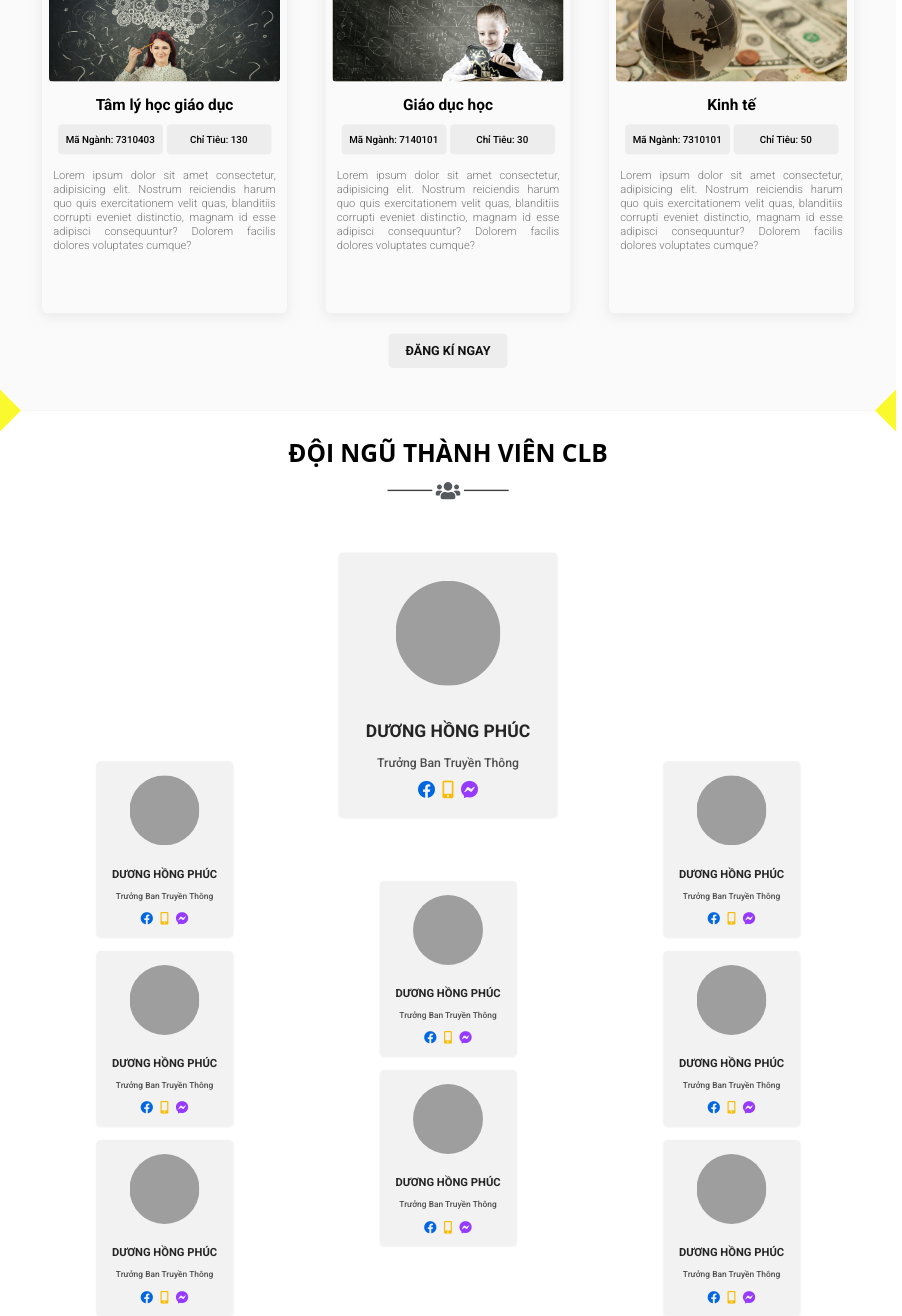
Repository: hongphuck1/trangweb1
Page: index.html
An editor plug-in stored every save of this project. The page is shown before and after the next save, followed by the edit.
The browser window is 1280 px wide. The page is 1288 px wide, so the pictures cover 1288 px, including what lies to the right of the window. The pictures show the part of the page from y = 3341 to 5221 px (the page is 5221 px tall), at 70% of full size.
Pictures or frames that could not be fetched are drawn as grey boxes.

Above is the page before, as saved 2021-09-07 19:06:32.

After the next save:
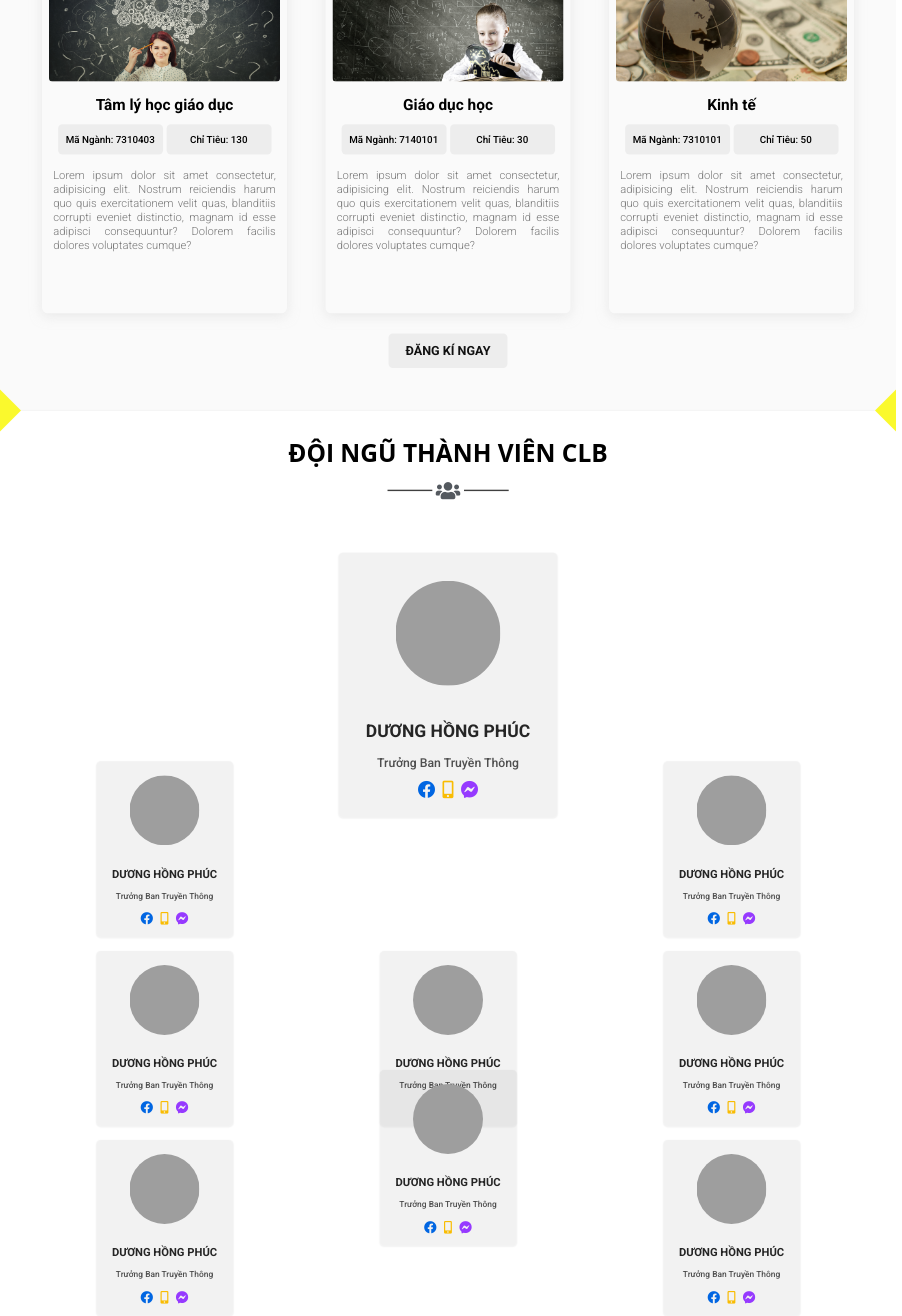
Saved 15 s later.
--- a/index.html
+++ b/index.html
@@ -454,7 +454,7 @@
             </div>
 
             <div class="col l-4">
-              <div class="container-body-subjects-member__box2 box2-2">
+              <div class="container-body-subjects-member__box2">
                 <img src="img/user_phuc.jpg" alt="">
                 <h1>DƯƠNG HỒNG PHÚC</h1>
                 <h3>Trưởng Ban Truyền Thông</h3>
